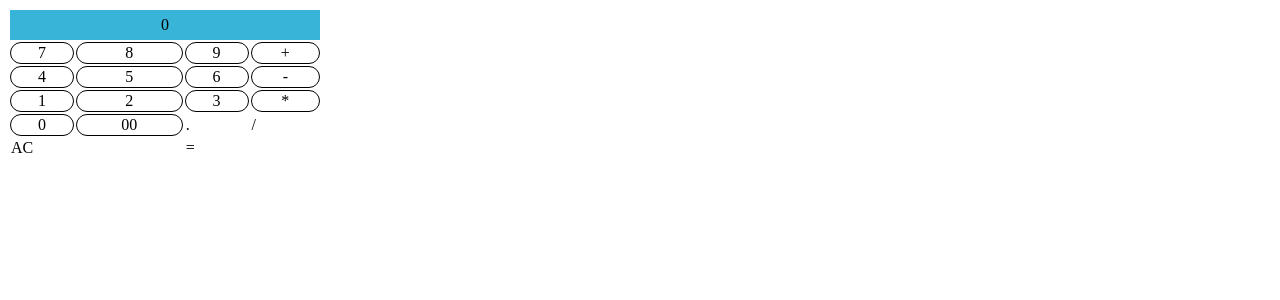
Repository: mai-akatsu/javascript2
Page: index.html
The author's editor kept a record of every edit. The page is drawn from the files as they stood at one moment, then again after the next edit.
The browser window is 1280 px wide. The pictures show the whole page.

Above is the page before.
Console error: TypeError: Cannot read properties of null (reading 'addEventListener')

### index.html
<!DOCTYPE html>
<html>
    <head>
        <meta charset="utf-8">
        <title>電卓</title>
        <link rel="stylesheet" href="main.css" type="text/css">
    </head>
    <body>
        <table>
            <tr>
                <td colspan="4" id="top_result">0</td>
            </tr>
            <tr>
                <td id ="number" class="number" onclick="caliculate(this); calic(this)">7</td>
                <td id ="number" class="number" onclick="caliculate(this); calic(this)">8</td>
                <td id ="number" class="number" onclick="caliculate(this); calic(this)">9</td>
                <td id ="number" class="number" onclick="caliculate(this); calic(this)">+</td>
            </tr>
            <tr>
                <td id ="number" class="number" onclick="caliculate(this)">4</td>
                <td id ="number" class="number" onclick="caliculate(this)">5</td>
                <td id ="number" class="number" onclick="caliculate(this)">6</td>
                <td id ="number" class="number" onclick="caliculate(this); calic(this)">-</td>
            </tr>
            <tr>
                <td id ="number" class="number" onclick="caliculate(this)">1</td>
                <td id ="number" class="number" onclick="caliculate(this)">2</td>
                <td id ="number" class="number" onclick="caliculate(this)">3</td>
                <td id ="number" class="number" onclick="caliculate(this); calic(this)">*</td>
            </tr>
            <tr>
                <td id ="number" class="number" onclick="caliculate(this); calic(this)">0</td>
                <td id ="number" class="number" onclick="caliculate(this); calic(this)">00</td>
                <td class="number" onclick="caliculate(this); calic(this)">.</td>
                <td class="number" onclick="caliculate(this); calic(this)">/</td>
            </tr>
            <tr>
                <td colspan="2" class="number" onclick="caliculate(this)">AC</td>
                <td colspan="2" class="number" onclick="caliculate(this); calic(this)">=</td>
            </tr>
        </table>
        <script type="text/javascript" src="main.js"></script>
    </body>
</html>

### main.css
#top_result {
    width: 100%;
    background-color: #39b4d9;
    padding: 6px 151px;
    border-radius: 0px;
    text-align: right;
}

#number,#equal{
    border: solid 0.5px black;
    border-radius: 30px;
    text-align: center;
}

### main.js

    let result = document.getElementById("top_result");

function caliculate(target){
    let target_number = target.innerHTML;

    if(target_number == "AC"){
        result.innerHTML = "0";
    } else if (target_number == "="){
        result.innerHTML = eval(result.innerHTML);
    } else {
          if(result.innerHTML == "0"){
            result.innerHTML = target_number;
        } else {
            result.innerHTML += target_number;
        }
    }
}

let operator = document.getElementById("operator");

operator.addEventListener('click', function(ope) {
    let ope_target = ope.innerHTML;

    if(result.innerHTML.slice(-1) == "+"){
        let answer = result.innerHTML.slice(0,-1);
        result.innerHTML = answer;
    }else{
        result.innerHTML += result.innerHTML;
    }

}, false);

After the next edit:
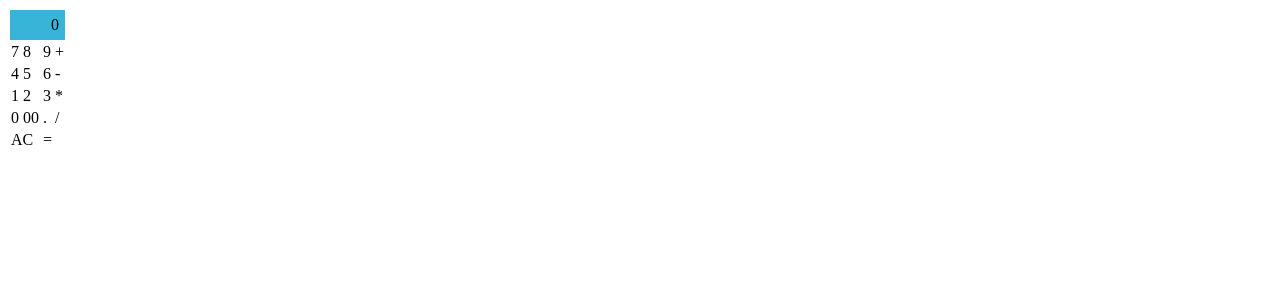
The edit:
--- a/main.css
+++ b/main.css
@@ -1,13 +1,13 @@
 #top_result {
     width: 100%;
     background-color: #39b4d9;
-    padding: 6px 151px;
+    padding: 6px 6px;
     border-radius: 0px;
     text-align: right;
 }
-
-#number,#equal{
+.target{
     border: solid 0.5px black;
     border-radius: 30px;
     text-align: center;
+    padding: 5px 31px;
 }
